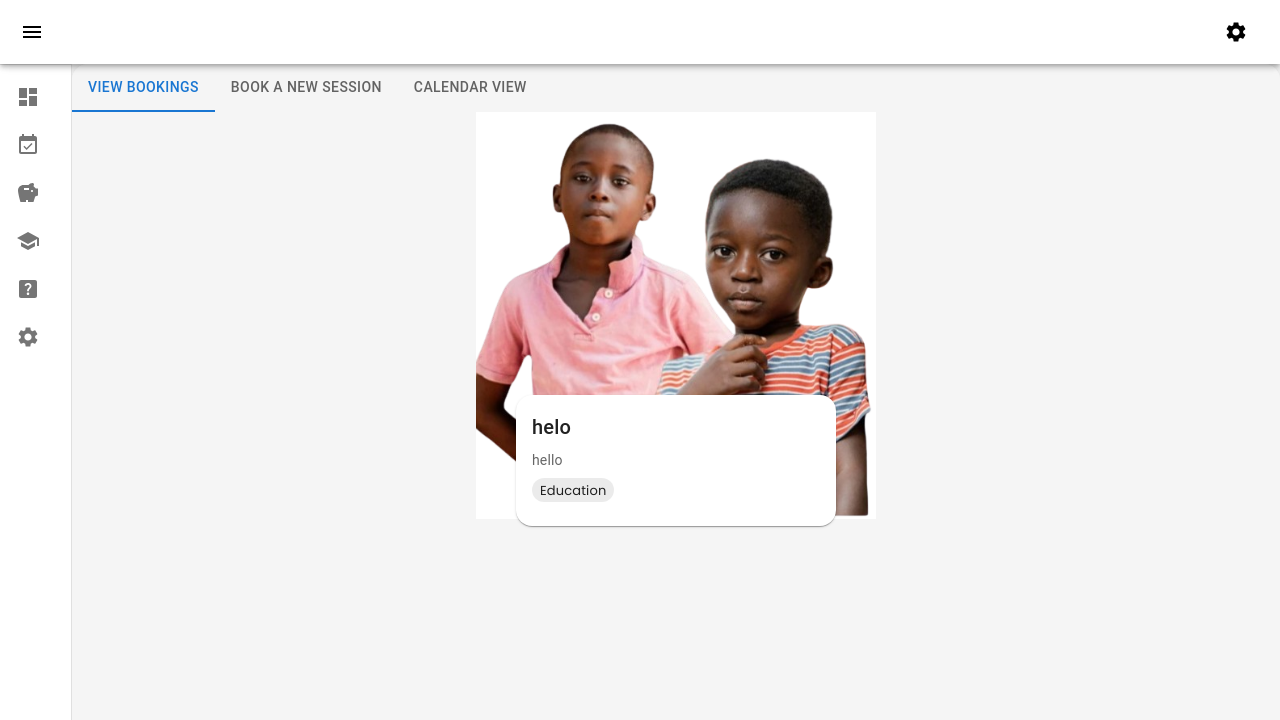
Repository: shubhampirate/Google_Solutions_Edural
Page: /bookings
The author's editor kept a copy of each file at every save. The page is drawn from the files as they stood at one save, then again after the next save.
The browser window is 1280 px wide. The pictures show the whole page.
An inner scrolling area shows only its first screen. The project was rebuilt for these pictures with package versions that can differ from the ones it lists, and the page was loaded fresh each time. Some packages were replaced by stand-ins written for this rebuild. Also part of the build but not shown: src/Components/CustomButton.jsx, src/Components/Navbar.jsx, src/Components/Footer.jsx, src/Components/CongratsCard.jsx, src/pages/Hero/Hero.jsx, src/pages/Dashboard/Dashboard.jsx, src/pages/Sign_in.jsx, src/pages/Bookings/LicenseCard.jsx.

Above is the page before, as saved 2024-02-04 17:47:29.

After the next save:
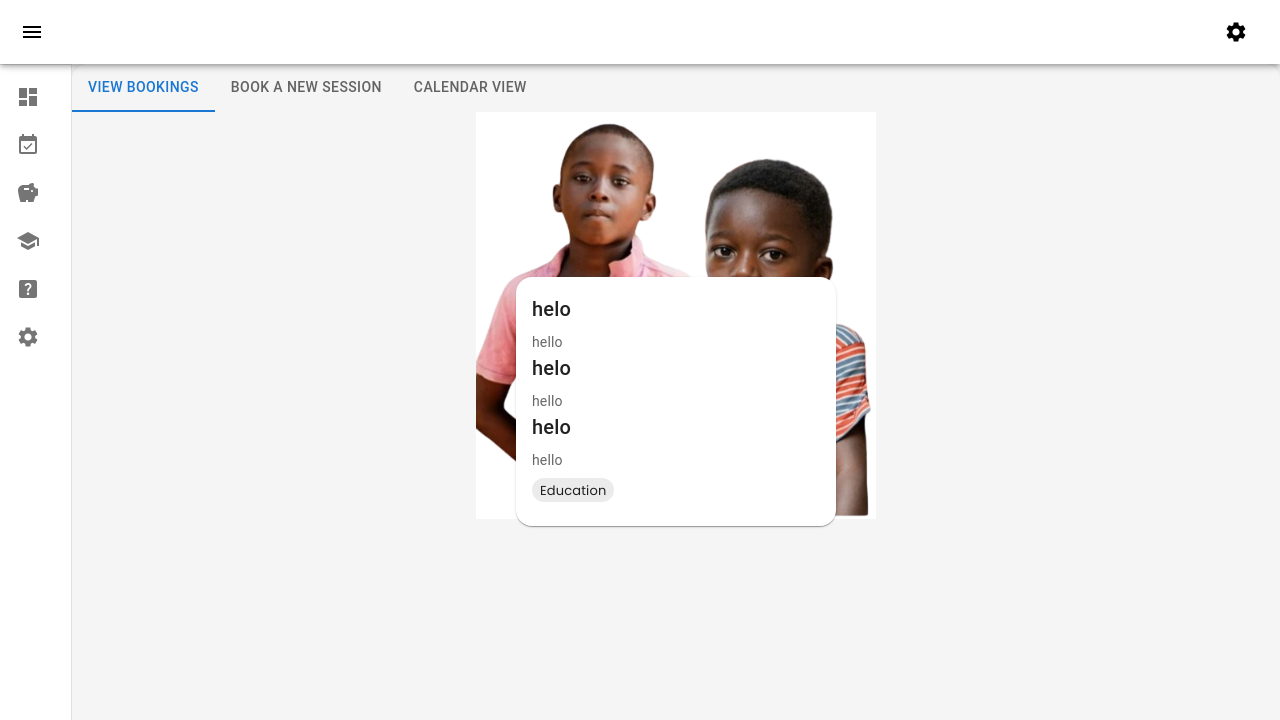
Saved 75 s later.
--- a/src/pages/Bookings/bookings.jsx
+++ b/src/pages/Bookings/bookings.jsx
@@ -126,6 +126,18 @@ export default function Booking() {
           <Typography variant="body2" color="text.secondary">
           hello
           </Typography>
+          <Typography variant="h6" gutterBottom>
+          helo
+          </Typography>
+          <Typography variant="body2" color="text.secondary">
+          hello
+          </Typography>
+          <Typography variant="h6" gutterBottom>
+          helo
+          </Typography>
+          <Typography variant="body2" color="text.secondary">
+          hello
+          </Typography>
           <Chip label="Education" size="small" sx={{ marginTop: '8px' }} />
         </CardContent>
       </Card>
